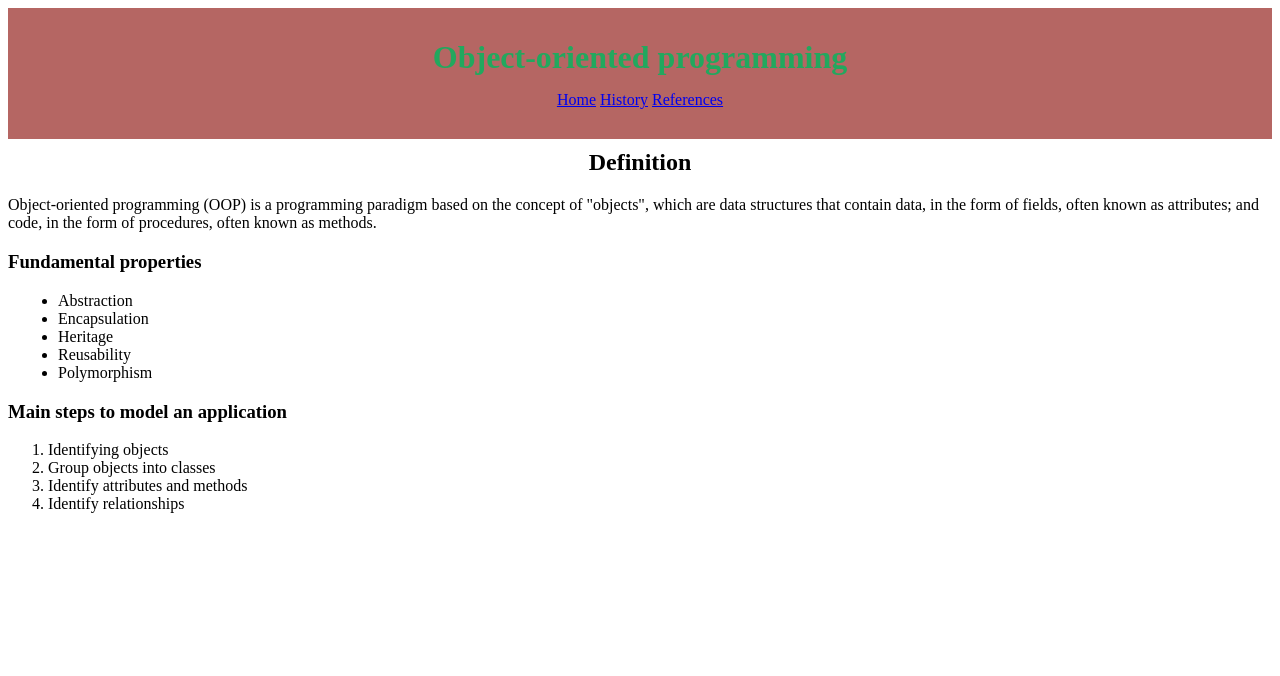
Repository: ReyesEvan/8.-Septimo_semestre
Page: Aplicaciones_en_ambientes_distribuidos/OOP/V3/home.html
The author's editor kept a copy of each file at every save. The page is drawn from the files as they stood at one save, then again after the next save.
The browser window is 1280 px wide. The pictures show the whole page.

Above is the page before, as saved 2019-09-30 18:30:21.

### Aplicaciones_en_ambientes_distribuidos/OOP/V3/home.html
<!DOCTYPE html>
<html>
    <head>
        <link type="text/css" rel="stylesheet" href="main.css">
    </head>
    <body>
        <div class='header'>
            <h1>Object-oriented programming</h1>
            <ul class="nav">
                <li><a href="home.html">Home</a></li>
                <li><a href="history.html">History</a></li>
                <li><a href="references.html">References</a></li>
            </ul>
        </div>
        <div class='main-content'>
            <h2>Definition</h2>
            <p>Object-oriented programming (OOP) is a programming paradigm based on the concept of "objects", which are data structures that contain data, in the form of fields, often known as attributes; and code, in the form of procedures, often known as methods.
            </p>
            <h3>Fundamental properties</h3>
            <ul>
                <li>Abstraction</li>
                <li>Encapsulation</li>
                <li>Heritage</li>
                <li>Reusability</li>
                <li>Polymorphism</li>
            </ul>
            <h3>Main steps to model an application</h3>
            <ol>
                <li>Identifying objects</li>
                <li>Group objects into classes</li>
                <li>Identify attributes and methods</li>
                <li>Identify relationships</li>
            </ol>
        </div>
    </body>
</html>

### Aplicaciones_en_ambientes_distribuidos/OOP/V3/main.css
body {
    padding: 0;
}

h1 {
    color: #22a85e;
    margin-bottom: 15px;
    text-align: center;
}

h2 {
    margin: 10px 0 20px 0;
    text-align: center
}

.header {
    padding: 10px;
    background-color: #b56663;
}

.header a {
    color #ffffff;
}

ul {
    padding: 0 0 0 50px;
}

.nav {
    padding-left: 0;
    margin: 5px 0 20px;
    text-align: center;
}

.nav li {
    display: inline;
}

After the next save:
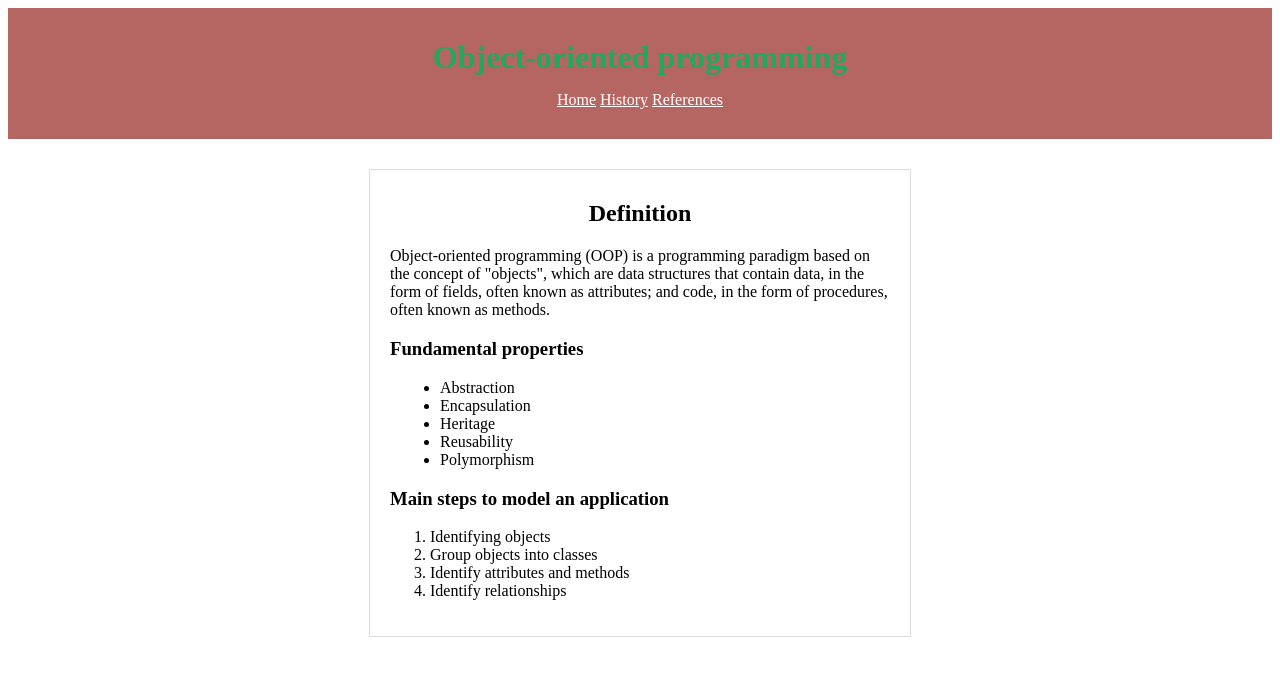
Saved 86 s later.
--- a/Aplicaciones_en_ambientes_distribuidos/OOP/V3/main.css
+++ b/Aplicaciones_en_ambientes_distribuidos/OOP/V3/main.css
@@ -19,7 +19,7 @@ h2 {
 }
 
 .header a {
-    color #ffffff;
+    color: #ffffff;
 }
 
 ul {
@@ -35,3 +35,10 @@ ul {
 .nav li {
     display: inline;
 }
+
+.main-content {
+    width: 500px;
+    padding: 20px;
+    border: 1px solid #dddddd;
+    margin: 30px auto 0 auto;
+}
